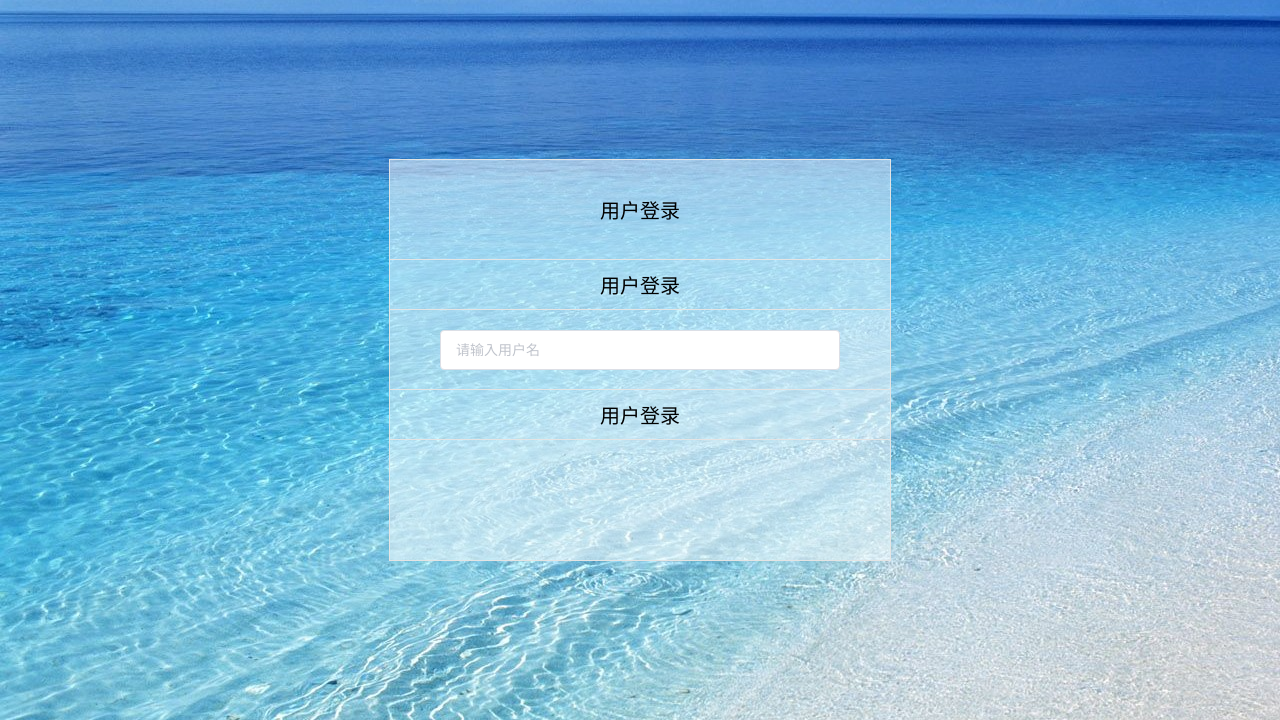
Repository: jinggegeZ/livechat
Page: /login
The author's editor kept a copy of each file at every save. The page is drawn from the files as they stood at one save, then again after the next save.
The browser window is 1280 px wide. The pictures show the whole page.
The project was rebuilt for these pictures with package versions that can differ from the ones it lists, and the page was loaded fresh each time. Also part of the build but not shown: src/views/Home.vue.

Above is the page before, as saved 2020-08-17 15:14:14.

### src/main.js
import Vue from 'vue'
import App from './App.vue'
import router from './router'
import store from './store'
import ElementUI from 'element-ui';
import 'element-ui/lib/theme-chalk/index.css';

Vue.config.productionTip = false
Vue.use(ElementUI);
new Vue({
  router,
  store,
  render: h => h(App)

}).$mount('#app')

### src/App.vue
<template>
  <div id="app">

    <router-view/>
  </div>
</template>

<style lang="scss">
@import'../src/style/commoent'

</style>

### src/router/index.js
import Vue from 'vue'
import VueRouter from 'vue-router'
import Home from '../views/Home.vue'

Vue.use(VueRouter)

  const routes = [
  {
    path: '/',
    name: 'Home',
    component: Home
  },
  {
    path: '/login',
    name: 'login',
    component: () => import('../views/login.vue')
  }
]

const router = new VueRouter({
  mode: 'history',
  base: process.env.BASE_URL,
  routes
})

export default router

### src/style/commoent.css
*{
    margin: 0;
    padding: 0;
  }
  html {
    width: 100%;
    height: 100%;
  }
  #app {
    width: 100%;
    height: 100%;
  }
  body {
    width: 100%;
    height: 100%;
  }

### src/views/login.vue
<template>
  <div class="content">
    <div class="content-c">
      <div class="loginbox">
        <div class="username">用户登录</div>
        <!-- 用户登录 -->
        <div class="username1">用户登录</div>
        <!-- 用户名 -->
        <div class="input">
          <div class="inputbox">
            <el-input v-model="username" placeholder="请输入用户名"></el-input>
          </div>
        </div>
        <!-- 选择头像 -->
        <div class="username1">用户登录</div>
        <!-- 选择头像 -->
        <div class="imgbox"></div>
      </div>
    </div>
  </div>
</template>

<script>
export default {
  name: "",
  props: {},
  components: {},
  data() {
    return {
      username: "",
    };
  },
  methods: {},
  mounted() {},
  watch: {},
  computed: {},
};
</script>

<style scoped>
.content {
  width: 100%;
  height: 100%;
  display: flex;
  justify-content: center;
  align-items: center;
  background: url("../../public/image/02a28d595dea30839eeaa0fdd15dfce2.jpg")
    no-repeat;
  font-size: 20px;
}
.content-c {
  width: 100%;
  display: flex;
  justify-content: center;
  align-items: center;
}
.loginbox {
  width: 500px;
  height: 400px;
  border: 1px solid rgb(228, 228, 228);
  background: rgba(255, 255, 255, 0.5);
}
.username {
  width: 100%;
  height: 99px;
  display: flex;
  justify-content: center;
  align-items: center;
  border-bottom: 1px solid rgb(228, 228, 228);
}
.username1 {
  width: 100%;
  height: 49px;
  display: flex;
  justify-content: center;
  align-items: center;
  border-bottom: 1px solid rgb(228, 228, 228);
}
.input {
  width: 100%;
  height: 79px;
  display: flex;
  justify-content: center;
  align-items: center;
  border-bottom: 1px solid rgb(228, 228, 228);
}
.inputbox {
  width: 80%;
}
.imgbox {
  width: 100%;
}
</style>

Loaded but not shown: public/index.html (common file); src/store/index.js (common file)

After the next save:
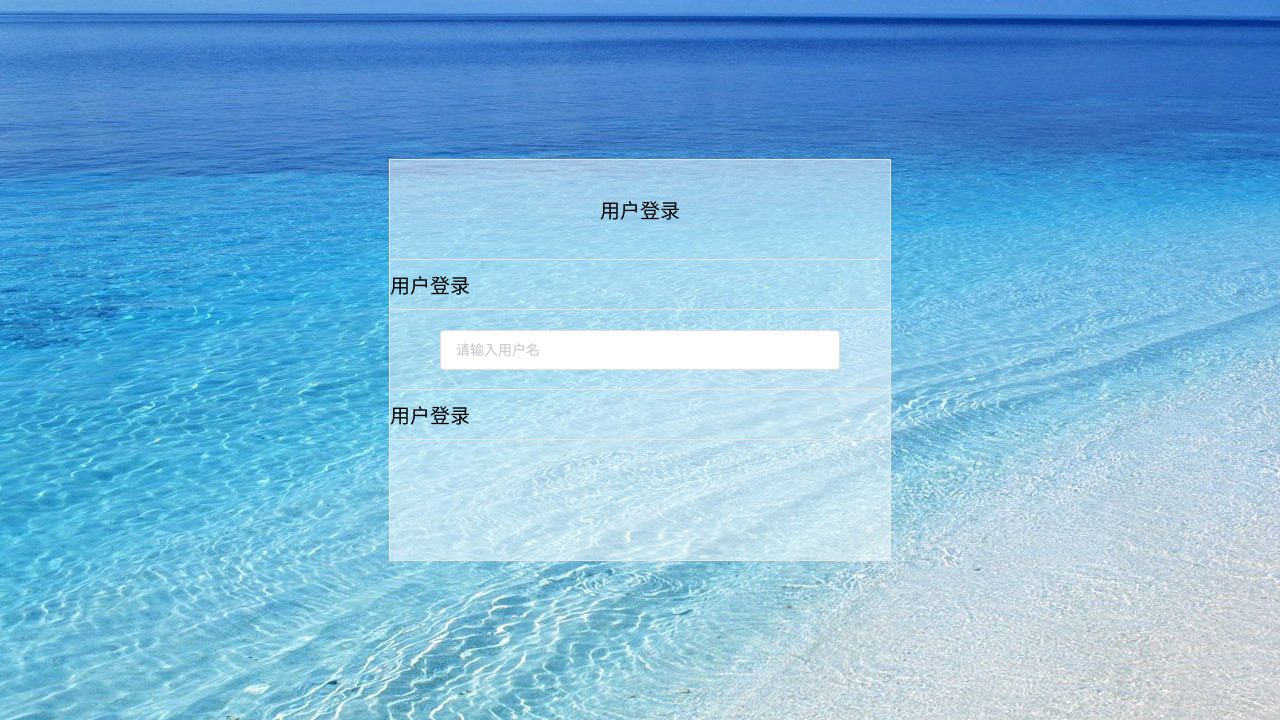
Saved 9 s later.
--- a/src/views/login.vue
+++ b/src/views/login.vue
@@ -72,7 +72,7 @@ export default {
   width: 100%;
   height: 49px;
   display: flex;
-  justify-content: center;
+  justify-content: flex-start;
   align-items: center;
   border-bottom: 1px solid rgb(228, 228, 228);
 }
